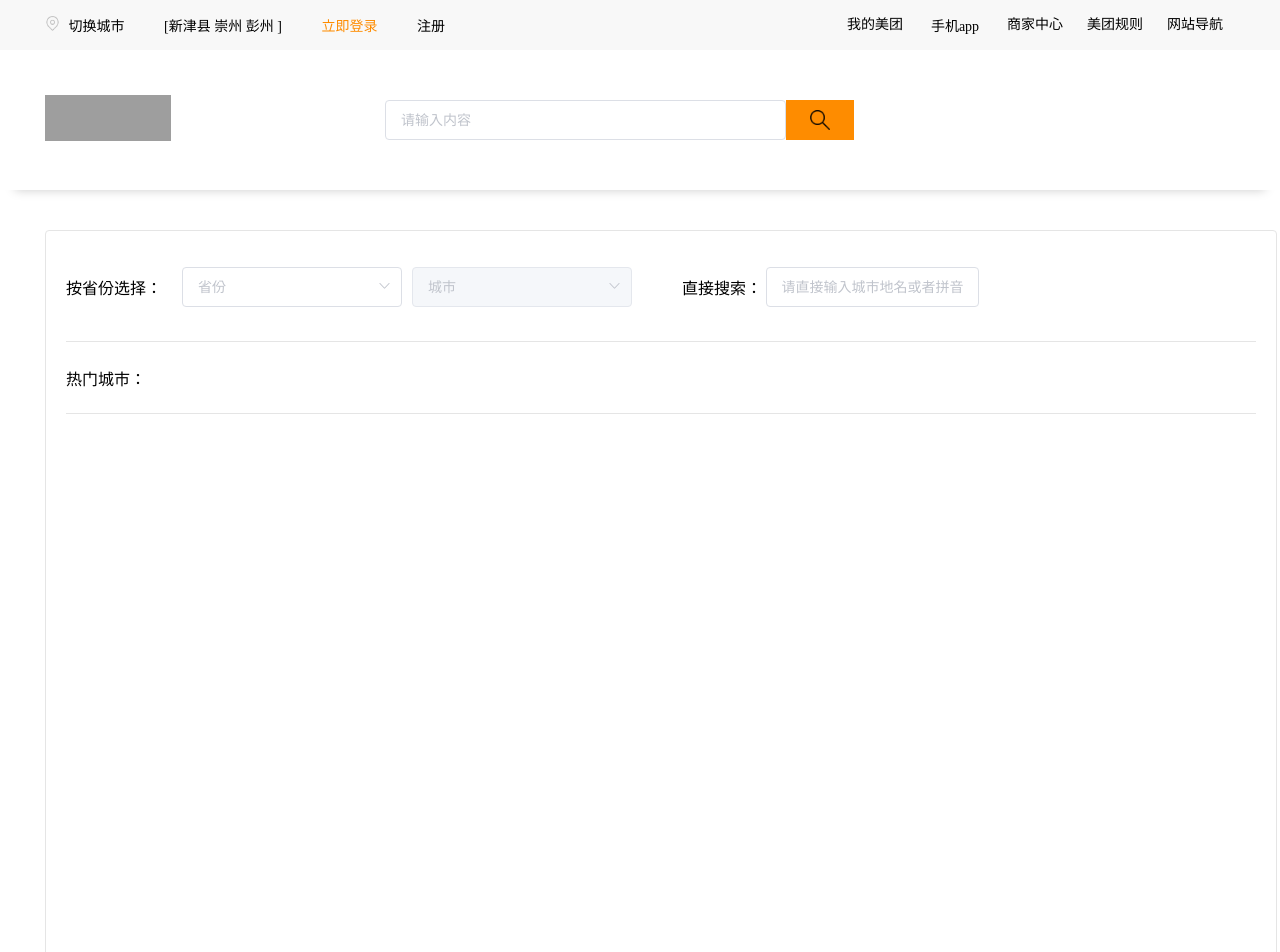
Repository: jinggegeZ/-
Page: /city
The author's editor kept a copy of each file at every save. The page is drawn from the files as they stood at one save, then again after the next save.
The browser window is 1280 px wide. The pictures show the part of the page from y = 0 to 952 px (the page is 1272 px tall).
Pictures or frames that could not be fetched are drawn as grey boxes. The page's requests for data from a server got no answer. The project was rebuilt for these pictures with package versions that can differ from the ones it lists, and the page was loaded fresh each time. No one was signed in, and anything a server would have sent is missing. Also part of the build but not shown: vue.config.js, src/components/Navigation/Navigation.vue, src/components/navbox/navbox.vue, src/components/Sty/Sty.vue, src/views/Home.vue.

Above is the page before, as saved 2020-08-21 16:46:45.

### public/index.html
<!DOCTYPE html>
<html lang="en">
  <head>
    <meta charset="utf-8">
    <meta http-equiv="X-UA-Compatible" content="IE=edge">
    <meta name="viewport" content="width=device-width,initial-scale=1.0">
    <link rel="icon" href="<%= BASE_URL %>favicon.ico">
    <title><%= htmlWebpackPlugin.options.title %></title>
  </head>
  <body>
    <script src="//at.alicdn.com/t/font_2017422_ck56kzje6p4.js"></script>
    <noscript>
      <strong>We're sorry but <%= htmlWebpackPlugin.options.title %> doesn't work properly without JavaScript enabled. Please enable it to continue.</strong>
    </noscript>
    <div id="app"></div>
    <!-- built files will be auto injected -->
  </body>
</html>

### src/App.vue
<template>
  <div id="app">
    <router-view/>
  </div>
</template>

<style lang="scss">
@import '../src/style/style';
</style>

### src/style/style.css
* {
    margin: 0;
    padding: 0;

}

/* 这是css3媒体查询 */
@media screen and (max-width: 1200px) {
    .top {
        width: 960px !important;
    }
}

/* top样式 */
.topbox {
    width: 100%;
    display: flex;
    justify-content: center;
    background: rgb(248, 248, 248);
    font-size: 14px;
}

.topbox2 {
    width: 100%;
    display: flex;
    justify-content: center;
    font-size: 14px;
    margin-top: 20px;
}
.topbox1 {
    width: 100%;
    display: flex;
    justify-content: center;
    box-shadow: 0px 15px 10px -15px #ccc;
    font-size: 14px;
}

.top {
    width: 1190px;

}

.top1 {

    height: 50px;
    display: flex;
    justify-content: space-between;
}

.leftbox {
    display: flex;
    align-items: center;
    width: 400px;
    justify-content: space-between;
}
.spans1 {
    margin-left: 5px;
}
.spans:hover {
    color: #FE8C00;
}
.spans1:hover {
    color: #FE8C00;
}
.rightbox {
    display: flex;
    align-items: center;
    width: 400px;
    justify-content: space-between;
}

.rightbox1 {
    width: 100px;
    height: 50px;
    display: flex;
    align-items: center;
    justify-content: center;
    position: relative;

}

.postion {
    position: absolute;
    z-index: 999;
    width: 100%;
    height: 100%;
    text-align: center;
    line-height: 50px;
}

.rightbox2 {
    visibility: hidden;
    right: -1px;
    position: absolute;
    z-index: 998;
    top: 99%;
    background: white;
    border-left: 1px solid rgb(229, 229, 229);
    border-bottom: 1px solid rgb(229, 229, 229);
    border-right: 1px solid rgb(229, 229, 229);
    box-shadow: 0px 0px 10px 0px #ccc;
}

.rightbox3 {
    height: 36px;
    line-height: 36px;
    text-align: center;
    width: 80px;
}

.rightbox4 {
    height: 36px;
    line-height: 36px;
    text-align: center;
    width: 118px;
}

.rightbox5 {
    width: 1190px;
    height: 300px;
    display: flex;
    justify-content: center;
}

.rightbox6 {
    width: 95%;
    height: 95%;
    display: flex;
    justify-content: space-between;
}

.rightbox6-1 {
    width: 200px;
}

.rightbox6-1-1 {
    width: 200px;
    height: 80px;
    display: flex;
    justify-content: center;
    align-items: center;
    font-size: 16px;
}

.rightbox6-1-2 {
    width: 200px;
    height: 190px;
    font-size: 12px;
}

.rightbox6-1-2-1 {
    height: 30px;
    width: 100%;
    display: flex;
    justify-content: space-between;
    align-items: center;
}

.rightbox6-1-2-2 {
    height: 30px;
    width: 100%;
    display: flex;
    justify-content: flex-start;
    align-items: center;
}

.rightbox6-2 {
    width: 100px;
}

.rightbox6-2-1 {
    width: 100px;
    height: 80px;
    display: flex;
    justify-content: center;
    align-items: center;
    font-size: 16px;
}

.rightbox6-2-1-1 {
    width: 100px;
    height: 190px;
    font-size: 12px;
}

.rightbox6-2 {
    width: 100px;
}

.rightbox6-2-1-1-font {
    width: 100%;
    height: 25px;
    display: flex;
    justify-content: center;
    align-items: center;
}

.rightbox6-3 {
    width: 350px;

}

.rightbox6-3-1 {
    width: 350px;
    height: 80px;
    display: flex;
    justify-content: center;
    align-items: center;
    font-size: 16px;
}

.rightbox6-3-1-1 {
    width: 350px;
    height: 190px;
    font-size: 12px;
}

.rightbox6-3-1-1-1 {
    width: 100%;
    height: 80px;
    display: flex;
    justify-content: space-around;
    align-items: center;
}

.rightbox6-3-1-1-1-img {
    width: 60px;
    height: 60px;
    border-radius: 5px;
}

.nav2box2font:hover {
    color: rgb(251, 199, 0);
}

.nav2box2font2:hover {
    color: red;
}

.postion:hover {
    color: #FE8C00;
}

.rightbox3:hover {
    color: #FE8C00;
}

.rightbox4:hover {
    color: #FE8C00;
}

.rightbox1:hover .rightbox2 {
    visibility: visible
}

.rightbox1:hover {
    box-shadow: 0 3px 5px 0 rgba(0, 0, 0, 0.1);
}

.rightbox1:hover .postion {
    background-color: white;


}

.leftboximg {
    width: 15px;
    height: 15px;
}

.rightnow {
    color: #FE8C00;
}

/* nav部分 */
.nav {
    height: 140px;
    width: 100%;
    display: flex;
    align-items: center;
}

.nav1 {
    width: 240px;
    margin-right: 100px;
}

.nav1img {
    width: 126px;
    height: 46px;

}

.nav1input {
    display: flex;
    width: 469px;
    height: 50px;
    align-items: center;
}

.nav1input1 {
    width: 469px;
    position: relative;
}

.nav1input1box {
    position: absolute;
    top: 140px;
    width: 469px;
    background-color: white;
    border-radius: 5px;
    z-index: 99;
}

.item {
    width: 100%;
    height: 30px;
    font-size: 12px;
    margin-left: 10px;
}

.nav1inputboox {
    width: 80px;
    height: 40px;
    background-color: #FE8C00;
    display: flex;
    justify-content: center;
    align-items: center;
}

.nav1inputbooximg {
    width: 20px;
    height: 20px;
}

.nav2 {
    width: 100%;
    height: 50px;
    display: flex;
}

.nav2box {
    width: 228px;
    height: 50px;
    border-left: 1px solid rgb(229, 229, 229);
    border-top: 1px solid rgb(229, 229, 229);
    border-right: 1px solid rgb(229, 229, 229);
    display: flex;
    align-items: center;
    font-size: 17px;
}

.all {
    padding-left: 20px;
}

.nav2box2 {
    margin-left: 60px;
    display: flex;
    align-items: center;
    justify-content: space-around;
    width: 500px;
    font-size: 17px;
}

/* navbox 部分 */
.navbox {
    display: flex;
}

.navleftbox {
    width: 18%x;
    height: 425px;
    border-left: 1px solid rgb(229, 229, 229);
    border-right: 1px solid rgb(229, 229, 229);
    border-bottom: 1px solid rgb(229, 229, 229);
}

.navrightbox {
    width: 78%;
    height: 425px;
}

.navleftbox-item {
    width: 228px;
    height: 26px;
    display: flex;
    justify-content: space-between;
    align-items: center;
    flood-color: #646464;
    margin-top: 1px;
    position: relative;
}

.navleftbox-item:hover .itembox {
    background: rgb(255, 247, 235);
    visibility: visible;
}

.icon {
    width: 16px !important;
    height: 16px !important;
    margin-right: 10px;
}

.icon1 {
    width: 12px;
    height: 12px;
}

.itembox {
    visibility: hidden;
    position: absolute;
    left: 100%;
    width: 400px;
    height: 425px;
    top: 0;
    display: flex;
    justify-content: center;
    align-items: center;
    z-index: 99;
}

.itembox1 {
    width: 90%;
    height: 90%;

}

.itembox2 {
    width: 100%;
    line-height: 60px;
    font-size: 16px;

    margin-bottom: 20px;
}

.item-child {
    width: 100%;
    display: flex;
    justify-content: space-between;
    border-bottom: 1px solid rgb(229, 229, 229);
}

.itembox3 {
    display: flex;
    flex-wrap: wrap;
}

.itembox4 {
    color: #999;
    font-size: 12px;
    line-height: 15px;
    display: inline-block;
    margin-right: 16px;
    margin-top: 10px;
    cursor: pointer;
}

/* navbox右边渲染部分css */
.navrightbox-1 {
    display: flex;
    width: 950px;
    margin-left: 10px;
    margin-top: 10px;
}

.navrightbox-swiper {
    width: 550px;
    height: 240px;
}
.swiperimg {
    width: 550px;
}
.el-carousel__item h3 {
    color: #475669;
    font-size: 18px;
    opacity: 0.75;
    line-height: 300px;
    margin: 0;
}

.el-carousel__item:nth-child(2n) {
    background-color: #99a9bf;
}

.el-carousel__item:nth-child(2n+1) {
    background-color: #d3dce6;
}
.el-carousel{
    height: 100%;
}
.el-carousel__container{
    height: 100% !important;
}
.navrightbox-2 {
    width: 150px;
    height: 239px;
    margin: 0 10px;
}
.navrightbox-2img {
    width: 150px;
}
.loginbox {
    width: 228px;
    height: 238px;
    border: 1px solid rgb(229,229,229);
    background:#fff;
    display: flex;
    justify-content: center;
    align-items: center;
}
.loginbox1 {
    width: 95%;
    height: 95%;
}
.headimg {
    width: 228px;
    height: 59px;
    margin-bottom: 5px;
    display: flex;
    justify-content: center;
    align-items: center;
}
.headimg1{
    width: 55px;
    height: 55px;
    border-radius: 50%;
}
.headimg2 {
    width: 228px;
    height: 21px;
    margin-bottom: 5px;
    display: flex;
    justify-content: center;
    align-items: center;
}
.headimg2-1 {
    width: 96px;
    display: flex;
    justify-content: center;
    align-items: center;
}
.headimg3 {
    width: 119px;
    height: 39px;
    display: flex;
    justify-content: center;
    align-items: center;
    border-radius: 25px;
    border:1px solid rgb(229,229,229);
}
/* 下部解析部分 */
.bottombox {
    display: flex;
    margin-left: 10px;
}
.bottombox-1 {
    width: 270px;
    height: 165px;
    margin-top: 10px;
    margin-right: 10px;
}
.bottombox-1img {
    width: 270px;
}
.bottombox-2 {
    width: 270px;
    height: 165px;
    margin-top: 10px;
    margin-right: 10px;
}
.bottombox-3 {
    width: 150px;
    height: 165px;
    margin-top: 10px;
    margin-right: 10px;
}
.bottombox-3img {
    width: 150px;
}
.bottombox-4 {
    width: 230px;
    height: 165px;
    border:1px solid rgb(229,229,229);
    margin-top: 10px;
}
.bottombox-4-1 {
    width: 230px;
    height: 100px;
    display: flex;
    justify-content: center;
    align-items: center;
}
.bottombox-4-1-1 {
    width: 95px;
    height: 95px;
}
.bottombox-5 {
    width: 230px;
    height: 30px;
    display: flex;
    justify-content: center;
    align-items: center;
    font-size: 16px;
}
.bottombox-6 {
    scale: 230px;
    height: 20px;
    display: flex;
    justify-content: center;
    align-items: center;
    font-size: 12px;
}
.bottombox6-1 {
    color: red;
    margin-right: 5px;
}
/* 有格调部分 */
.stybox {
    width: 100%;
    height: 50px;
    background: rgb(242,191,71);
    display: flex;
    justify-content: space-between;
    align-items: center;
    border-radius: 10px 10px 0 0 ;
}
.stybox1 {
    display: flex;
}
.stybox1-font {
    font-size: 18px;
    color: white;
    margin: 0 20px 0 20px;
}
.stybox1-font2 {
    font-size: 12px;
    color: white;
    display: flex;
    align-items: center;
    width: 400px;
    justify-content: space-between;
}
.stybox1-font2-item1 {
    position: relative;
    width:120px;
    display: flex;
    justify-content: center;
}
/* .stybox1-font2-item1:hover .triangle_border_up {
    visibility: visible;
}
.stybox1-font2-item2:hover .triangle_border_up {
    visibility: visible;
}
.stybox1-font2-item4:hover .triangle_border_up {
    visibility: visible;
} */
.stybox1-font2-item2 {
    text-align: center;
}

.stybox2-img {
    width: 14px;
    height: 14px;
    margin-top: 5px;
}
.stybox2 {
    font-size: 14px;
    color: white;
    display: flex;
    align-items: center;
}
/* 向上的三角形 */
.triangle_border_up{
    /* visibility: hidden; */
    width:0px;
    height:0px;
    border-width:0 10px 10px;
    border-style:solid;
    border-color:transparent transparent #fff;/*透明 透明  灰*/
    margin-top:10px;
    position: absolute;
    bottom: -17px;
}
.stybox3 {
    width: 1188px;
    height: 687px;
    background: #fff;
    border-radius: 0 0 10px 10px;
    border: 1px solid rgb(229,229,229);
    font-size: 12px;
    display: flex;
    flex-wrap: wrap;
}
.stybox3-item {
    width: 370px;
    height: 330px;
    margin: 10px;

}
.stybox3-itemimg {
    width: 370px;
    height: 208px;
    margin-bottom: 10px;

}
.stybox3-itemimg1 {
    width: 370px;
    height: 208px;

}
.stybox3-itemfont {
    font-size: 14px;
}
.font2 {
    font-size: 14px;
    overflow: hidden;
    text-overflow: ellipsis;
    display: -webkit-box;
    -webkit-line-clamp: 1;
    -webkit-box-orient: vertical;
}
/* 城市选择部分 */
.citybox {
    width: 1190px;
    padding: 20px;
    font-size: 16px;
    background-color: #fff;
    margin: 20px auto 0;
    border: 1px solid #E5E5E5;
    border-radius: 4px;
    min-height: 1000px;
    padding: 20px;
}
.citybox-province {
    width: 100%;
    height: 71px;
    display: flex;
    align-items: center;
    padding: 0px 0px 19px;
    border-bottom: 1px solid #E5E5E5;
}
.proviencechosebox {
    width: 220px;
    height: 40px;
    margin: 0 10px 0 20px;
    font-size: 14px;
    color: #666;
    border-radius: 4px;
    display: flex;
    justify-content: center;
}

.citychosebox {
    width: 220px;
    height: 40px;
    font-size: 14px;
    color: #666;
    border-radius: 4px;
    display: flex;
    justify-content: center;
}
.cityboximg {
    width: 10px;
    height: 15px;
}
/* 直接搜素 */
.directSearch {
    margin-left: 50px;
    display: flex;
    align-items: center;
}
.directSearchbox {
    width: 220px;
    height: 40px;
    font-size: 14px;
    color: #666;
    border-radius: 4px;
    display: flex;
    justify-content: center;
}
.el-input__inner {
    width: 100% !important;
}
.el-input {
    width: 100% !important;
}
/* 热门城市选择 */
.hotcitychose {
    width: 100%;
    height: 71px;
    display: flex;
    align-items: center;
    border-bottom: 1px solid #E5E5E5;
}
.hotcitychosebox {
    display: flex;
    align-items: center;
    width: 748px;
    height: 20px;
    justify-content: space-around;
}

### src/views/city/city.vue
<template>
  <div>
    <top :city="city"></top>
    <div class="topbox1">
      <div class="top">
        <div class="nav">
          <!-- 美团-->
          <div class="nav1">
            <div>
              <img
                class="nav1img"
                src="//s0.meituan.net/bs/fe-web-meituan/fa5f0f0/img/logo.png"
                alt
              />
            </div>
          </div>
          <!-- 搜索-->
          <div class="nav1input">
            <div class="nav1input">
              <el-input v-model="keyword" placeholder="请输入内容" @input="change"></el-input>
              <div class="nav1input1box" v-if="keyword != ''">
                <div class="item" v-for="item in arr" :key="item.id">
                  <div v-if="item.name">{{item.name}}</div>
                </div>
              </div>
            </div>

            <div class="nav1inputboox">
              <img class="nav1inputbooximg" src="../../../public/image/search.png" alt />
            </div>
          </div>
        </div>
      </div>
    </div>
    <div class="topbox2">
      <div class="top">
        <!-- 城市部分 -->
        <div class="citybox">
          <!-- 按省份选择部分 -->
          <div class="citybox-province">
            <!-- 按省份选择左边部分 -->
            <div>按省份选择：</div>
            <div class="proviencechosebox">
              <el-select v-model="value" placeholder="省份">
                <el-option
                  v-for="item in cities"
                  :key="item.id"
                  :label="item.name"
                  :value="item.id"
                >
                  <!-- <span style="float: left">{{ item.name }}</span> -->
                  <span style="float: right; color: #8492a6; font-size: 13px" @click="choseprovice(item)">{{ item.name }}</span>
                </el-option>
              </el-select>
            </div>
            <div class="citychosebox">
              <el-select v-model="value1" :disabled="flag" placeholder="城市">
                <el-option
                  v-for="item in citiess"
                  :key="item.id"
                  :label="item.name"
                  :value="item.id"
                >
                  <span style="float: left">{{ item.label }}</span>
                  <span style="float: right; color: #8492a6; font-size: 13px">{{ item.name }}</span>
                </el-option>
              </el-select>
            </div>
            <!-- 按省份选择左边部分 -->
            <div class="directSearch">
              <div>直接搜索：</div>
              <div class="directSearchbox">
                <div>
                  <el-input v-model="input" placeholder="请直接输入城市地名或者拼音"></el-input>
                </div>
              </div>
            </div>
          </div>
          <!-- 热门城市选择-->
          <div class="hotcitychose">
            <div>热门城市：</div>
            <div class="hotcitychosebox">
                <div v-for="item in hotcitys" :key="item.id">
                <div v-if="item.name =='市辖区'">{{item.province}}</div>
                <div v-else>{{item.name}}</div>
                </div>
            </div>
          </div>
          <!-- 最近访问-->
          <div class="recentVisit"></div>
        </div>
      </div>
    </div>
  </div>
</template>

<script>
import top from "../../components/top/top";

export default {
  name: "",
  props: {},
  components: {
    top,
  },
  data() {
    return {
      city: "",
      keyword: "",
      arr:[],
      cities:[],
      citiess:[],
      input: "",
      value:'',
      value1:'',
      flag:true,
      hotcitys:[]
    };
  },
  methods: {
    //输入框change事件变化
    change(value) {
      this.keyword = value;
      this.$api
        .getkeyword({ city: this.city, keyword: this.keyword })
        .then((res) => {
          this.arr = res.data.pois.slice(0, 10);
        })
        .catch((err) => {});
    },
    //点击获取id
    choseprovice(item){
        let id = item.id
        this.$api.getcity(id)
        .then(res => {
            console.log(res);
            if(res.code === 200){
                this.citiess = res.data.city
                this.flag = false
            }
        }).catch(err => {})
        this.value1 ===''
    },
    //点击返回首页
    // gohome(item){
    //    console.log(item);
    //    let name = item.name
    //    this.$router.push({
    //        path:'/',
    //        query:{name:name}
    //    })
    // }
  },
  mounted() {
       //获取省份
    this.$api
      .getprovince()
      .then((res) => {
        if(res.code === 200) {
            this.cities = res.data.province
        }
      })
      .catch((err) => {});
    //获取城市
    this.$api
      .getposition()
      .then((res) => {
        this.city = JSON.parse(res.data).city;
      })
      .catch((err) => {});
    //获取热门城市
    this.$api.gethotcity().then(res => {
        console.log(res);
        if(res.code ===200){
            this.hotcitys = res.data.hots

        }
    }).catch(err => {})
  },
  watch: {},
  computed: {},
};
</script>

<style scoped lang='scss'>
</style>

Loaded but not shown: src/store/index.js (common file); src/http/api.js (30 lines, source omitted); src/router/index.js (31 lines, source omitted); src/main.js (16 lines, source omitted); src/http/index.js (15 lines, source omitted); src/components/top/top.vue (164 lines, source omitted)

After the next save:
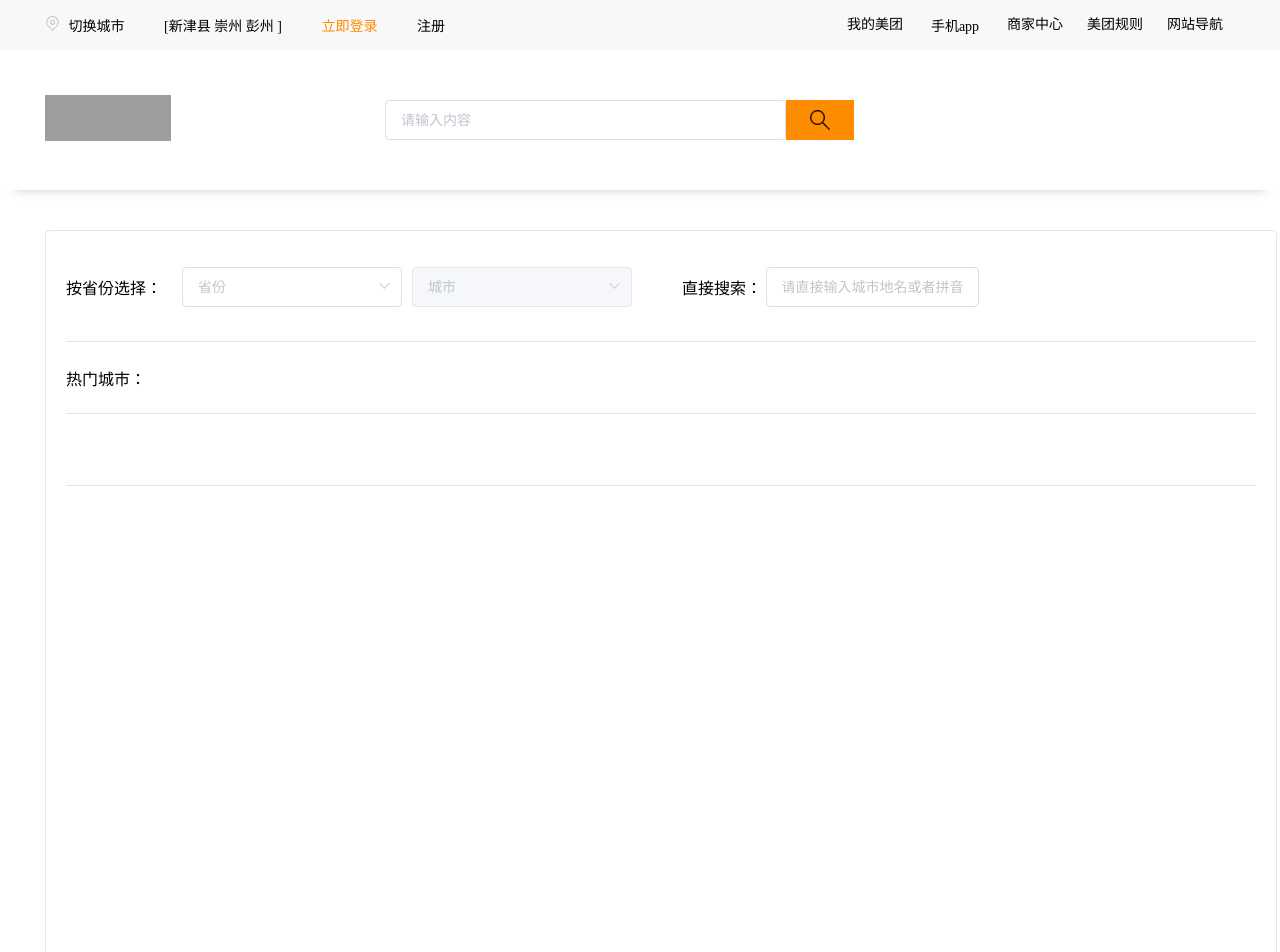
Saved 38 s later.
--- a/src/style/style.css
+++ b/src/style/style.css
@@ -802,3 +802,19 @@
     height: 20px;
     justify-content: space-around;
 }
+/* 最近访问 */
+
+.recentVisit {
+    width: 100%;
+    height: 71px;
+    display: flex;
+    align-items: center;
+    border-bottom: 1px solid #E5E5E5;
+}
+.recentVisitchosebox {
+    display: flex;
+    align-items: center;
+    width: 748px;
+    height: 20px;
+    justify-content: space-around;
+}
